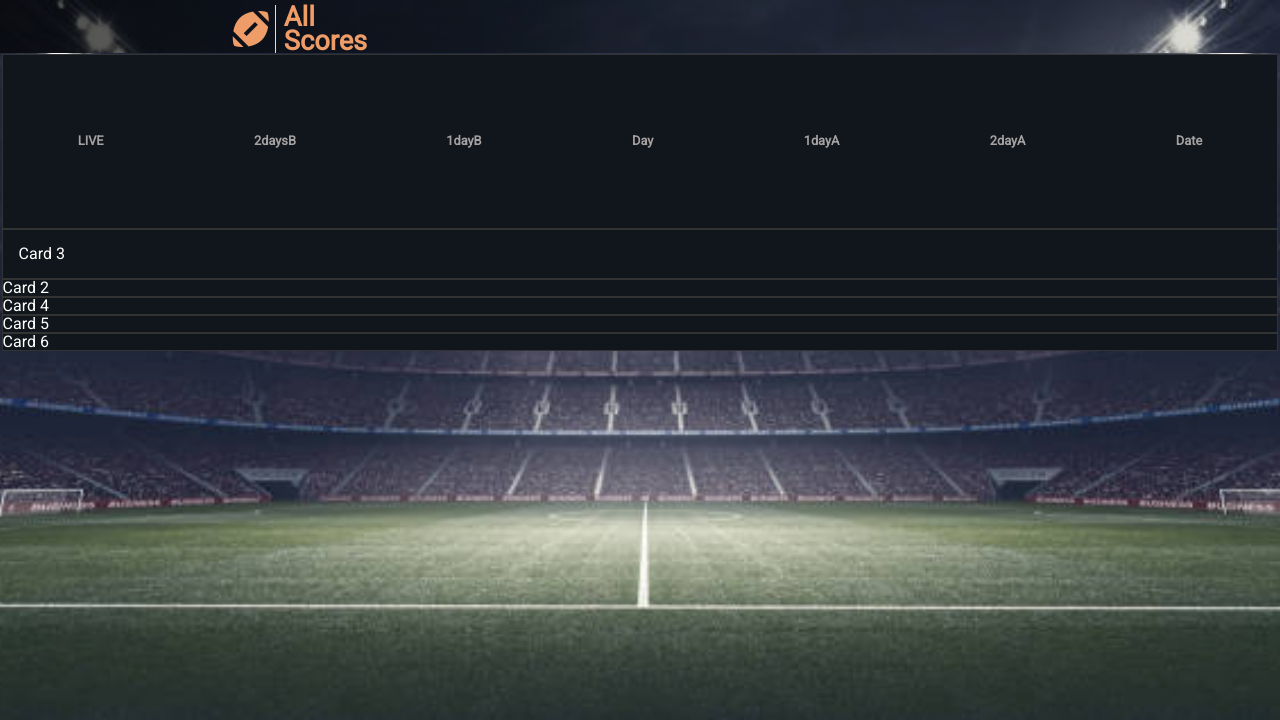
Repository: boomshakar/AllScores
Page: index.html
The author's editor kept a copy of each file at every save. The page is drawn from the files as they stood at one save, then again after the next save.
The browser window is 1280 px wide. The pictures show the whole page.
The style sheet was rebuilt from its Sass, Less or Tailwind sources for each picture, by a compiler version that may differ from the author's.

Above is the page before, as saved 2021-03-30 02:37:23.

After the next save:
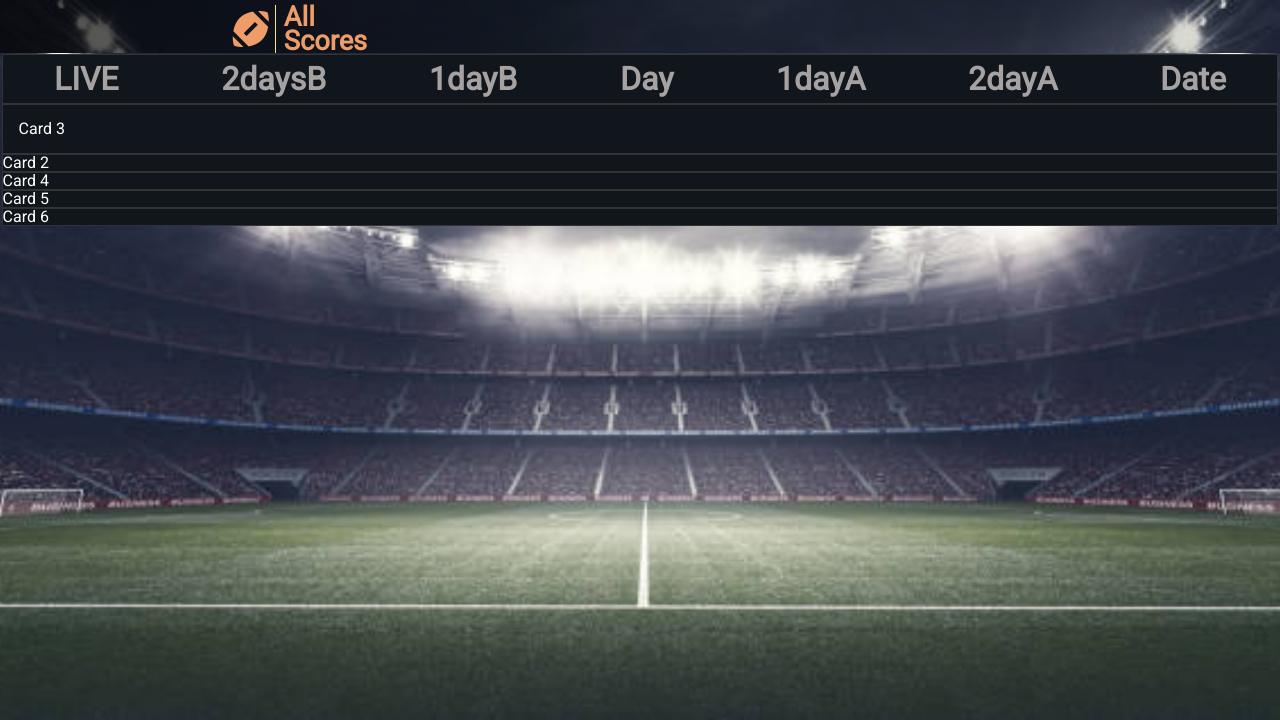
Saved 16 s later.
--- a/scss/_home.scss
+++ b/scss/_home.scss
@@ -19,8 +19,8 @@
         justify-content: space-around;
         &__link {
           color: $text-color2;
-          padding: 5rem 1rem;
-          font-size: 0.8rem;
+          padding: 0.5rem 1rem;
+          font-size: 2rem;
           font-weight: 600;
         }
       }
